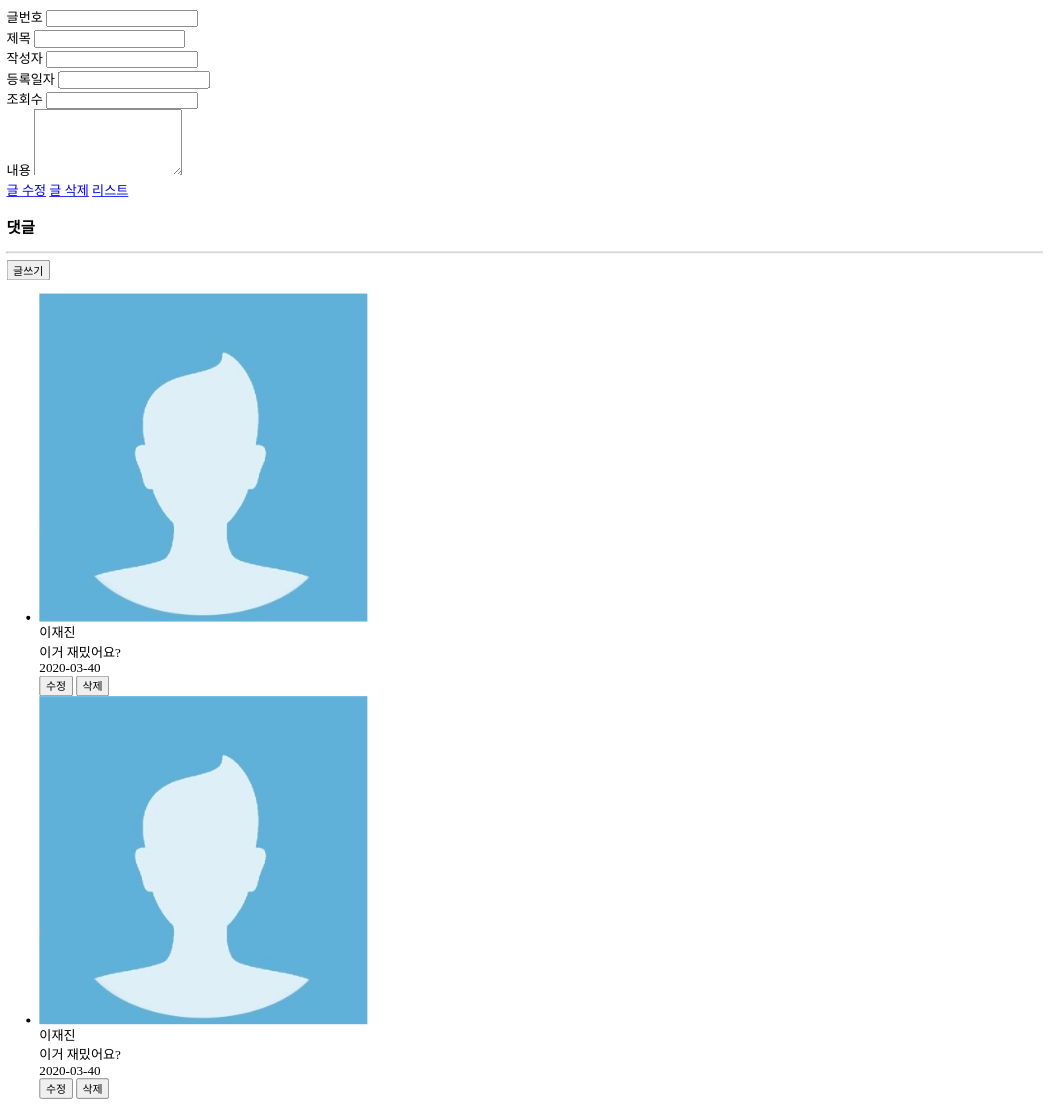
Repository: JaeJin2044/Community_spring
Page: http://localhost/Community/WEB-INF/views/board/detail.jsp
These files come from the project's save history. The page is drawn as it stood at one moment and after a run of saves; the edit follows.
The browser window is 1280 px wide. The pictures show the whole page, at 82% of full size.
The page is served by Tomcat 9. Nobody is signed in. The template is opened directly, without the code that normally fills it, so the values that code supplies are empty.

Above is the page before, as saved 2021-03-29 07:28:23.

After the next 2 saves:
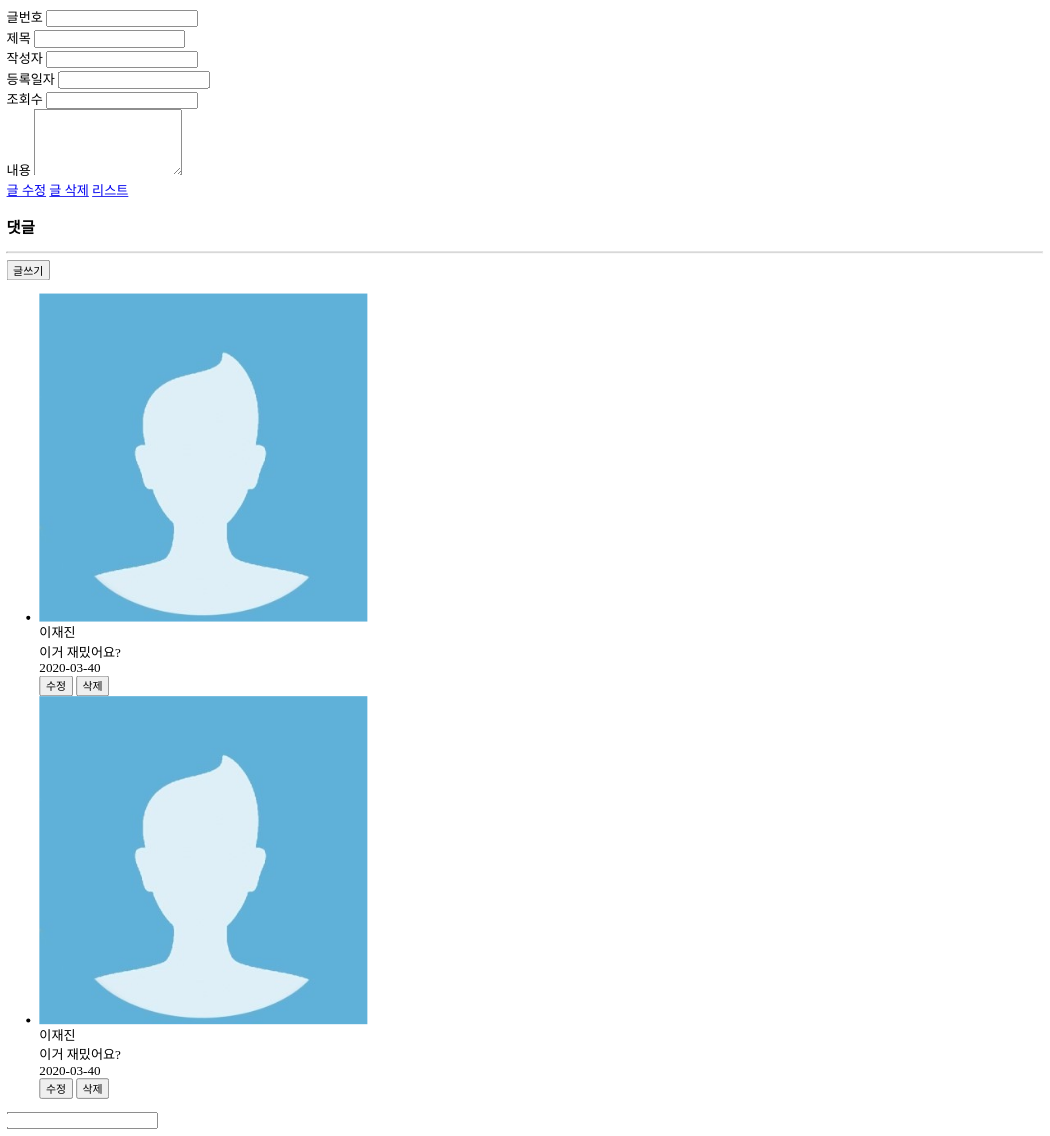
The 2 saves are shown as one change because they came seconds apart.
The last was saved 92 s later.
--- a/Community/src/main/webapp/WEB-INF/views/board/detail.jsp
+++ b/Community/src/main/webapp/WEB-INF/views/board/detail.jsp
@@ -80,4 +80,12 @@
 		  </div>
 		</div>
 	</article>
+
+	<div class="writeModal">
+		<div class="writeModal-form">
+			<input type="text" placeholder="">
+		</div>
+	</div>
+
+
 </section>
